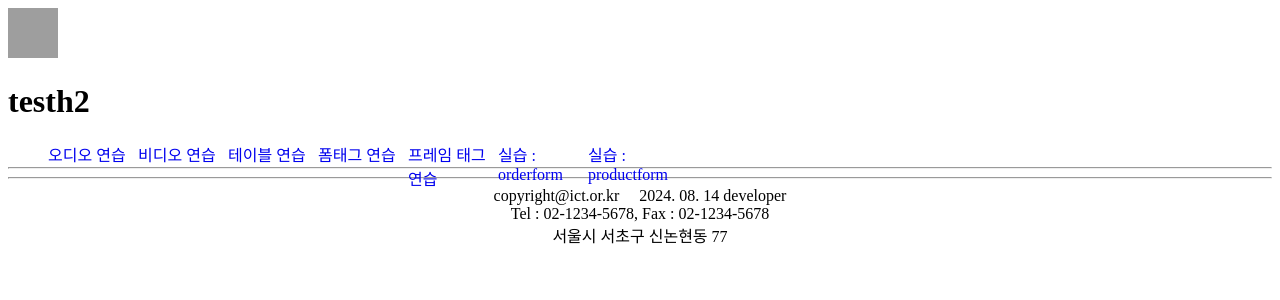
Repository: bianchi112/ict-data
Page: web_workspace/testHTMLProject2/src/main/webapp/index.html
An editor plug-in stored every save of this project. The page is shown before and after the next save, followed by the edit.
The browser window is 1280 px wide. The pictures show the whole page.
Pictures or frames that could not be fetched are drawn as grey boxes.

Above is the page before, as saved 2024-08-14 06:25:28.

After the next save:
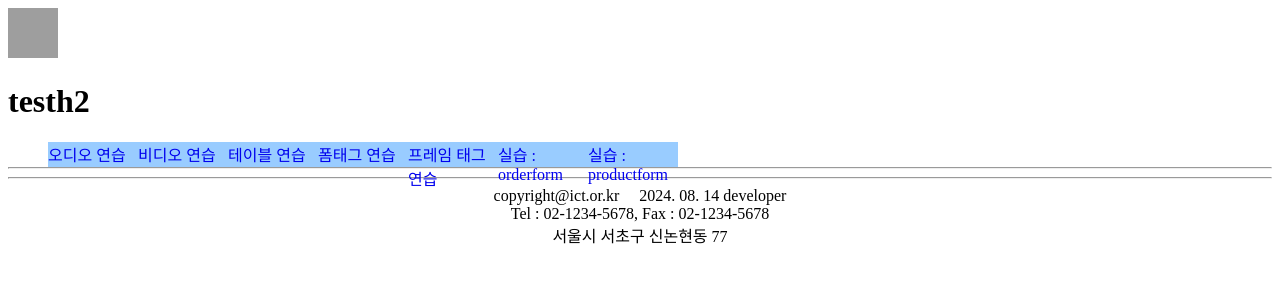
Saved 19 s later.
--- a/web_workspace/testHTMLProject2/src/main/webapp/index.html
+++ b/web_workspace/testHTMLProject2/src/main/webapp/index.html
@@ -15,7 +15,7 @@
 			float: left; /* li 태그들을 옆으로 배치함, 왼쪽부터 오른쪽으로 배치됨 */
 			width: 90px;
 			height: 25px;
-			backgrond-color: #99ccff;
+			background-color: #99ccff;
 		}
 		hr { clear: left; } /* hr 태그에서 float 속성을 해재함 */
 	</style>
